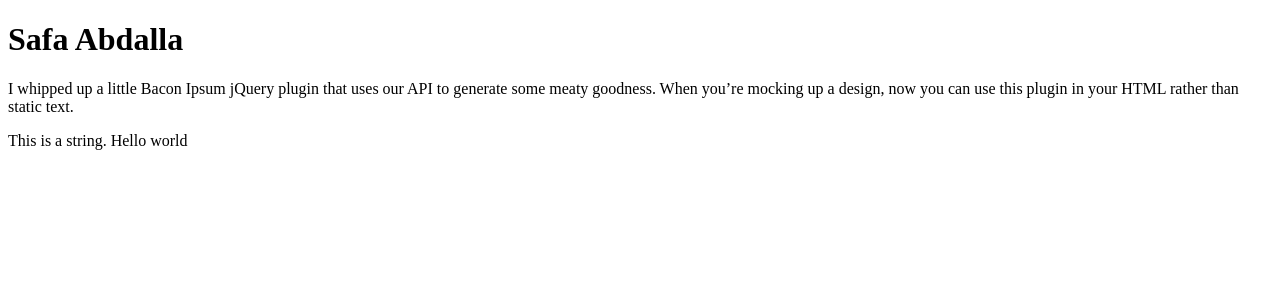
Repository: safaaa01/test
Page: http://localhost/labwork/lab1.php
The author's editor kept a record of every edit. The page is drawn from the files as they stood at one moment, then again after the next edit.
The browser window is 1280 px wide. The pictures show the whole page.
The page is run by PHP 8.4 with error messages shown; the project is at /var/www/html/.

Above is the page before.

### labwork/lab1.php
<!doctype html>
<html>
<head>
<title> My first PHP page</title>
</head>
<body>
<h1>Safa Abdalla</h1>
<p>I whipped up a little Bacon Ipsum jQuery plugin that uses our API to
generate some meaty goodness.  When you’re mocking up a design,
now you can use this plugin in your HTML rather than static text.</p>

<?php
echo 'This is a string. Hello world';
?>
</body>
</html>

After the next edit:
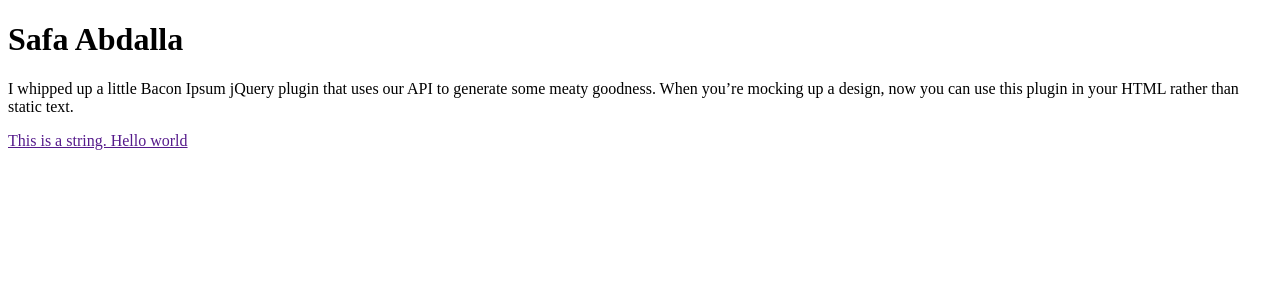
The edit:
--- a/labwork/lab1.php
+++ b/labwork/lab1.php
@@ -10,7 +10,7 @@
 now you can use this plugin in your HTML rather than static text.</p>
 
 <?php
-echo 'This is a string. Hello world';
+echo '<a href="">This is a string. Hello world';
 ?>
 </body>
 </html>
